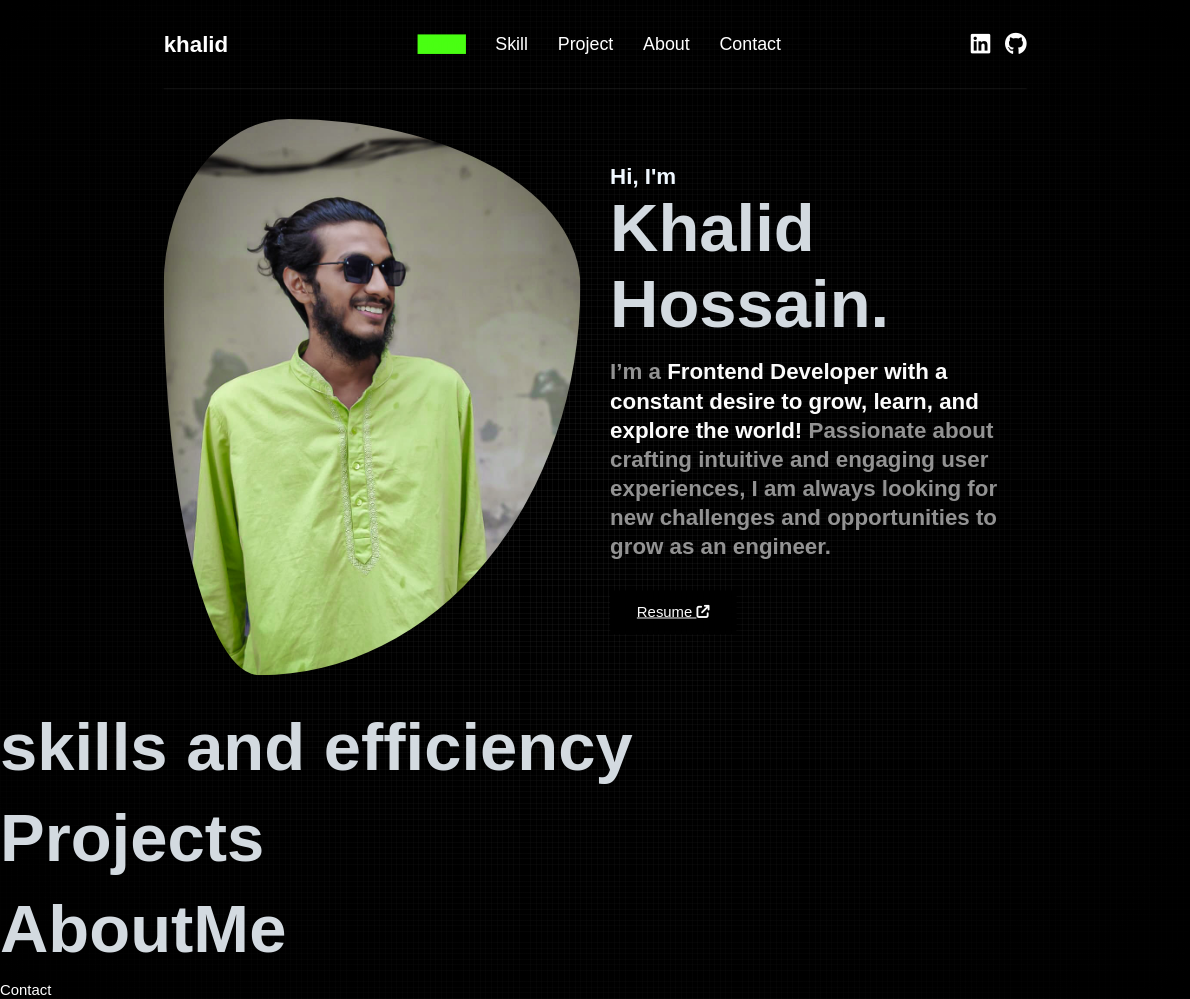
Repository: badhon252/my-portfolio
Page: /
The author's editor kept a copy of each file at every save. The page is drawn from the files as they stood at one save, then again after the next save.
The browser window is 1280 px wide. The pictures show the whole page, at 93% of full size.
The pointer rests on the first visible `a`.
The project was rebuilt for these pictures with package versions that can differ from the ones it lists, and the page was loaded fresh each time. Also part of the build but not shown: src/Components/Home/Header/Navbar/Navs/LinkedIn/LinkedIn.module.css, src/Components/Home/Header/Navbar/Navs/GitHub/Github.module.css.

Above is the page before, as saved 2023-01-16 00:44:50.

### public/index.html
<!DOCTYPE html>
<html lang="en">

<head>
    <meta charset="utf-8" />
    <link rel="icon" href="%PUBLIC_URL%/favicon.ico" />
    <meta name="viewport" content="width=device-width, initial-scale=1" />
    <meta name="theme-color" content="#000000" />
    <meta name="description" content="Web site created using create-react-app, Portfolio" />
    <link rel="apple-touch-icon" href="%PUBLIC_URL%/logo192.png" />
    <link rel="stylesheet" href="https://cdnjs.cloudflare.com/ajax/libs/font-awesome/6.2.1/css/all.min.css">
    <link rel="manifest" href="%PUBLIC_URL%/manifest.json" />

    <title>Portfolio Website</title>
</head>

<body>
    <div id="root"></div>

    <script src="https://platform.linkedin.com/badges/js/profile.js" async defer type="text/javascript"></script>

</body>

</html>

### src/index.css
body {
    margin: 0;
    font-family: -apple-system, BlinkMacSystemFont, 'Segoe UI', 'Roboto', 'Oxygen', 'Ubuntu', 'Cantarell', 'Fira Sans', 'Droid Sans', 'Helvetica Neue', sans-serif;
    -webkit-font-smoothing: antialiased;
    -moz-osx-font-smoothing: grayscale;
    background-color: #000000;
    background-image: radial-gradient(circle at center center, transparent 0%, rgb(0, 0, 0) 99%), repeating-linear-gradient(0deg, rgba(163, 163, 163, 0.07) 0px, rgba(163, 163, 163, 0.07) 1px, transparent 1px, transparent 6px), repeating-linear-gradient(90deg, rgba(163, 163, 163, 0.07) 0px, rgba(163, 163, 163, 0.07) 1px, transparent 1px, transparent 6px), linear-gradient(90deg, rgb(0, 0, 0), rgb(0, 0, 0));
    color: #ffffff;
}

code {
    font-family: source-code-pro, Menlo, Monaco, Consolas, 'Courier New', monospace;
}

* {
    margin: 0;
    padding: 0;
    box-sizing: border-box;
    font-family: 'Poppins', sans-serif;
}

### src/App.js
import Home from './Components/Home/Home';

function App() {
  return (
    <div className="App">
      <Home/>
    </div>
  );
}

export default App;

### src/Components/Home/Home.jsx
import AboutMe from "./AboutMe/AboutMe";
import Footer from "./Footer/Footer";
import Header from "./Header/Header";
import Projects from "./Project/Projects";
import Skill from "./Skill/Skill";


export default function Home() {
  return (
    <div>
        <Header />
        <Skill/>
        <Projects/>
        <AboutMe/>
        <Footer/>

    </div>
  )
}

### src/Components/Home/AboutMe/AboutMe.jsx
import React from 'react';

const AboutMe = () => {
    return (
        <div>
            <h1>AboutMe</h1>
        </div>
    );
}

export default AboutMe;

### src/Components/Home/Footer/Footer.jsx
import React from 'react'
import Contact from './Contact/Contact'

export default function Footer() {
  return (
    <div>
        <Contact/>
    </div>
  )
}

### src/Components/Home/Header/Header.jsx
import React from 'react'
import HeaderContent from './HeaderContent/HeaderContent'
import Navbar from './Navbar/Navbar'
import Classes from './Header.module.css'

export default function Header() {
  return (
    <div className={Classes.header}>
      <Navbar/>
      <HeaderContent/>
    </div>
  )
}

### src/Components/Home/Project/Projects.jsx
import React from 'react';

const Projects = () => {
    return (
        <div>
            <h1>Projects</h1>
        </div>
    );
}

export default Projects;

### src/Components/Home/Skill/Skill.jsx
import React from 'react';

const SkillEfficiency = () => {
    return (
        <div>
        <h1>skills and efficiency</h1>
        </div>
    );
}

export default SkillEfficiency;

### src/Components/Home/Header/HeaderContent/HeaderContent.jsx
import Badhon from "../../../../Assests/Images/badhon.jpg";
import HeroSection from './HeroSection'
import Classes from "./Header.module.css";

export default function HeaderContent() {
  return (
    <div>
      <div className={Classes.heroSection}>
          <div className={Classes.row}>
            <HeroSection col={Classes.col}/>
            <div className={Classes.col}>
              <img src={Badhon} alt="Badhon" className={Classes.heroImage} />
            </div>

        </div>
      </div>
    </div>
  )
}

### src/Components/Home/Header/Navbar/Navbar.jsx
import "./Navs/Navs.css"
import "./Navbar.css"
import NavbarBrand from './NavbarBrand/NavbarBrand'
import Nav from './Navs/Nav/Nav'
import LinkedIn from './Navs/LinkedIn/LinkedIn'
import GitHub from './Navs/GitHub/Github'

export default function Navbar() {
  return (
    <div className='navBar borderBottom'>
            <NavbarBrand/>
            <Nav/>
         <div className='navBar'>
            <LinkedIn/>
            <GitHub/>
         </div>
    </div>
  )
}

### src/Components/Home/Header/Header.module.css
.header {
    min-height: 100vh;
    margin: 0 10rem;
    color: aliceblue;
    padding: 0 1rem;
}

### src/Components/Home/Header/HeaderContent/HeroSection.jsx
import Classes from "./Header.module.css";


export default function HeroSection({col}) {
  return (
    <div className={col}>
          <h2 className={Classes.h1}>Hi, I'm</h2>
          <h1 className={Classes.h1}>Khalid Hossain.</h1>
          <p>
            I’m a <span>Frontend Developer with a constant desire to grow, learn, and explore the world!</span> Passionate about crafting intuitive and engaging user experiences,
            I am always looking for new challenges and opportunities to grow as an engineer.
          </p>
          <button className={Classes.resume}>
             <a href="https://www.github.com/badhon252" target="_blank" rel="noreferrer">
               Resume <i class="fa-solid fa-arrow-up-right-from-square"></i>
              </a>
          </button>
    </div>
  );
}

### src/Components/Home/Header/HeaderContent/Header.module.css
.row {
    display: flex;
    flex-direction: row-reverse;
    justify-content: space-between;
    align-items: center;
    flex-wrap: wrap;
    margin: 2rem 0;
    gap: 2rem;
}

.col {
    flex-basis: 45%;
    flex: 1;
}

.heroImage {
    min-width: 300px;
    max-width: 600px;
    width: 100%;
    height: auto;
    box-sizing: border-box;
    overflow: hidden;
    transition: .7s;
    border-radius: 30% 70% 77% 23% / 30% 30% 70% 70%;
}

.heroImage:hover {
    border-radius: 50%;
}

h1 {
    font-size: 4.5em;
    font-weight: 700;
    margin-bottom: 1rem;
    color: rgba(240, 248, 255, 0.877);
}

p {
    font-size: 1.5em;
    font-weight: 600;
    margin-bottom: 1rem;
    color: rgba(255, 255, 255, 0.568);
    line-height: 1.3;
}

p span {
    color: #fcfcfc;
}

.resume {
    padding: .9rem 1.8rem;
    border: 1px solid #49ff12;
    font-size: 1rem;
    font-weight: 500;
    margin-top: 1rem;
    outline: none;
    border: none;
    border-radius: 5px;
    background-color: #000;
}

.resume a {
    color: #fcfcfc;
}

a:hover {
    background-color: #49ff12;
    color: #000;
}

### src/Components/Home/Header/Navbar/Navs/Navs.css
.flexRow {
    display: flex;
    justify-content: space-between;
    align-items: center;
    flex-wrap: wrap;
    gap: 2rem;
}

.me_1 {
    margin-right: 1rem;
}

### src/Components/Home/Header/Navbar/Navbar.css
.boxShadow {
    -webkit-box-shadow: 0px 22px 40px -37px rgba(255, 255, 255, 1);
    -moz-box-shadow: 0px 22px 40px -37px rgba(255, 255, 255, 1);
    box-shadow: 0px 22px 40px -37px rgba(255, 255, 255, 1);
}

.borderBottom {
    border-bottom: 1px solid #f6f6f612;
}

### src/Components/Home/Header/Navbar/NavbarBrand/NavbarBrand.jsx
import Classes from "./NavbarBrand.module.css"
export default function NavbarBrand() {
  return (
    <div className={Classes.navbarBrand}>khalid</div>
  )
}

### src/Components/Home/Header/Navbar/Navs/Nav/Nav.jsx
import "./../Navs.css"
import "./Nav.css"
export default function Nav() {
  return (
    <div>
        <nav className="navBar" >
            <div className="container-fluid">

                {/* <button className="navbar-toggler" type="button" data-bs-toggle="collapse" data-bs-target="#navbarSupportedContent" aria-controls="navbarSupportedContent" aria-expanded="false" aria-label="Toggle navigation">
                <span className="navbar-toggler-icon"></span>
                </button> */}
                <div className="collapse navbar-collapse" id="navbarSupportedContent">
                <ul className="flexRow navbar-nav me-auto mb-2 mb-lg-0">
                    <li className="nav-item">
                    <a className="nav-link" href="#home">Home</a>
                    </li>
                    <li className="nav-item">
                    <a className="nav-link" href="#skill">Skill</a>
                    </li>
                    <li className="nav-item">
                    <a className="nav-link" href="#project">Project</a>
                    </li>
                    <li className="nav-item">
                    <a className="nav-link" href="#aboutMe">About</a>
                    </li>
                     <li className="nav-item">
                    <a className="nav-link" href="#contact">Contact</a>
                    </li>

                </ul>

                </div>
            </div>
        </nav>
    </div>
  )
}

### src/Components/Home/Header/Navbar/Navs/LinkedIn/LinkedIn.jsx
import "./LinkedIn.module.css"

export default function LinkedIn() {
  return (
    <div className='me_1' >
      <a href="https://www.linkedin.com/in/khalidhossainbadhon/" target="_blank" rel="noreferrer">
     <i class="fa-brands fa-linkedin"></i>
      </a>
    </div>
  )
}

### src/Components/Home/Header/Navbar/Navs/GitHub/Github.jsx
import Classes from "./Github.module.css"

export default function GitHub() {
  return (
    <div className={Classes.faBrands}>
      <a href="https://github.com/badhon252"><i class="fa-brands fa-github"></i></a>
    </div>
  )
}

### src/Components/Home/Header/Navbar/NavbarBrand/NavbarBrand.module.css
.navbarBrand {
    font-size: 1.5rem;
    font-weight: 700;
    color: rgb(255, 255, 255);
}

### src/Components/Home/Header/Navbar/Navs/Nav/Nav.css
.navBar {
    display: flex;
    justify-content: space-between;
    align-items: center;
    padding: 1.1rem 0;
    flex-wrap: wrap;
}

.navbar-nav {
    list-style-type: none;
    display: flex;
    justify-content: space-between;
}

.navbar-nav li a {
    text-decoration: none;
    color: rgb(255, 255, 255);
    font-size: 1.2rem;
    font-weight: 500;
    transition: all 0.3s ease-in-out;
}

.navbar-nav li a:hover {
    color: #49ff12;
}

.navbar-nav li a.active {
    color: #bb0707;
}

.navbar-nav li a.active:hover {
    color: #f1f1f1;
}

.navbar-nav li a.active::after {
    content: "";
    display: block;
    width: 100%;
    height: 2px;
    background: #f1f1f1;
    margin-top: 5px;
}

.navbar-nav li a.active:hover::after {
    background: #f1f1f1;
}

.fa-brands,
.fab {
    font-weight: 400;
    font-size: 1.5rem;
    color: #fff;
}

Loaded but not shown: src/index.js (common file); src/reportWebVitals.js (common file); src/Components/Home/Footer/Contact/Contact.jsx (common file); public/manifest.json (common file)

After the next save:
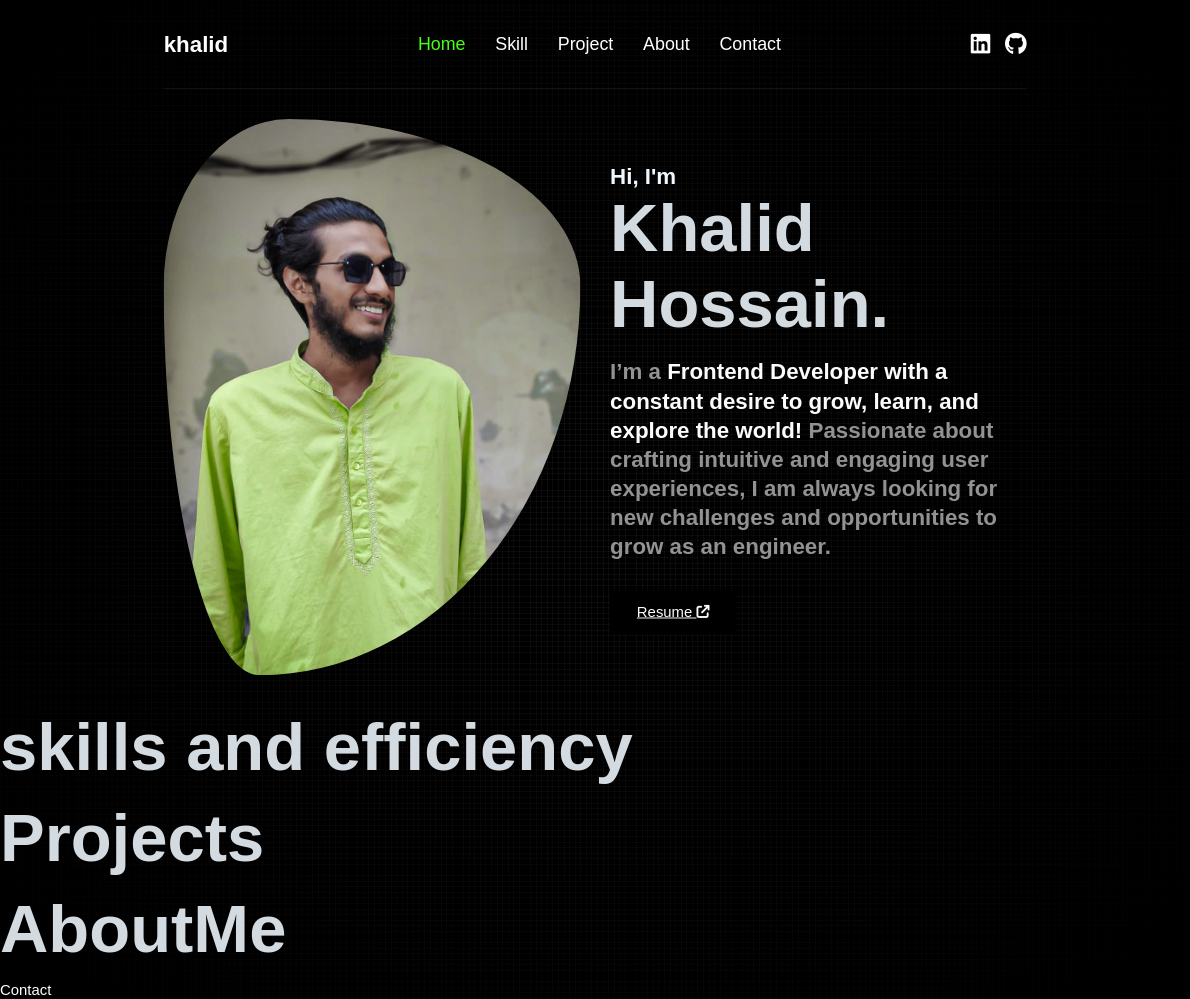
Saved 7 min 45 s later.
--- a/src/Components/Home/Header/HeaderContent/Header.module.css
+++ b/src/Components/Home/Header/HeaderContent/Header.module.css
@@ -63,7 +63,7 @@
     color: #fcfcfc;
 }
 
-a:hover {
+a:hover .resume {
     background-color: #49ff12;
     color: #000;
 }

After the save that followed:
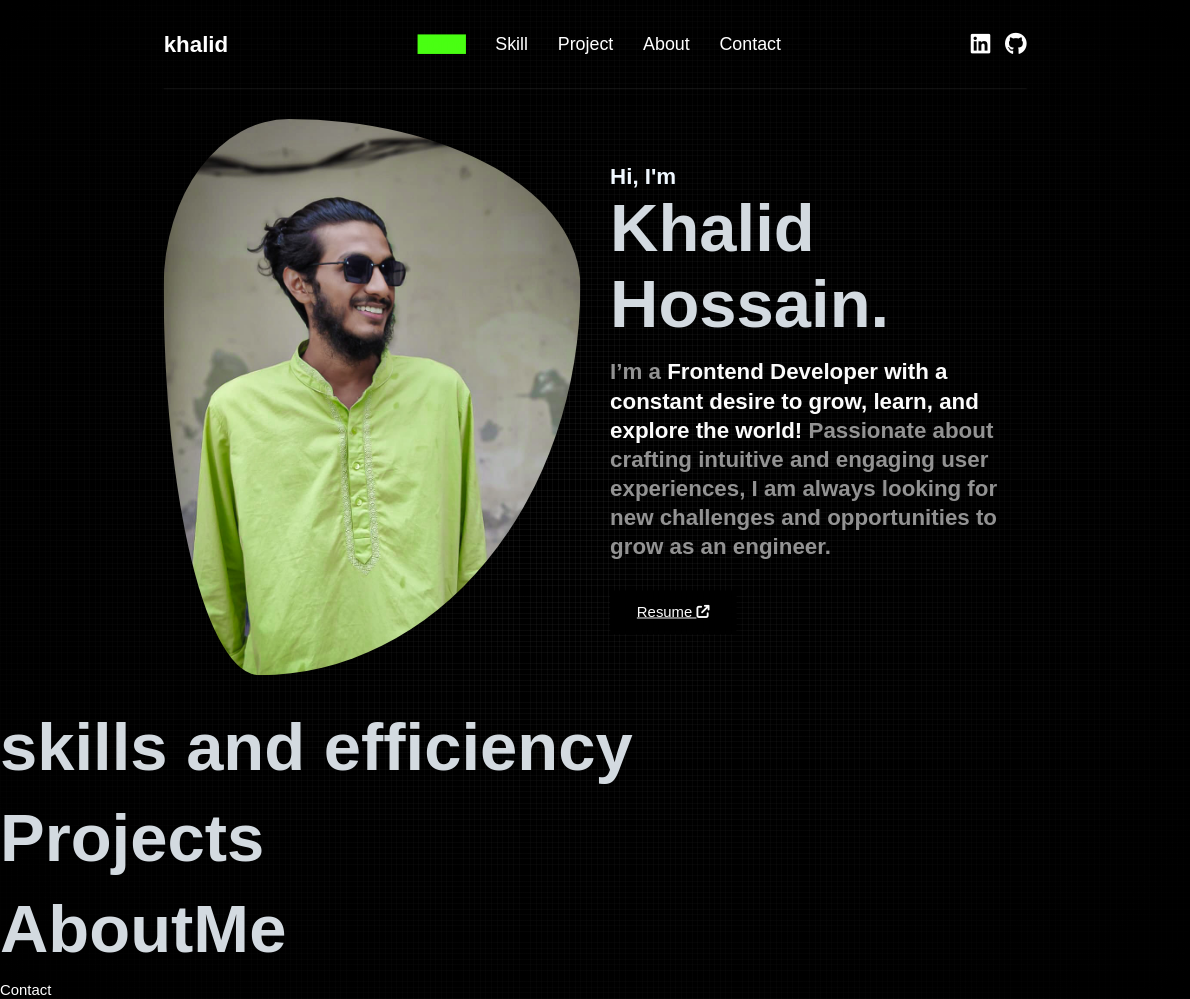
Saved 7 s later.
--- a/src/Components/Home/Header/HeaderContent/Header.module.css
+++ b/src/Components/Home/Header/HeaderContent/Header.module.css
@@ -63,7 +63,7 @@
     color: #fcfcfc;
 }
 
-a:hover .resume {
+a:hover {
     background-color: #49ff12;
     color: #000;
 }
